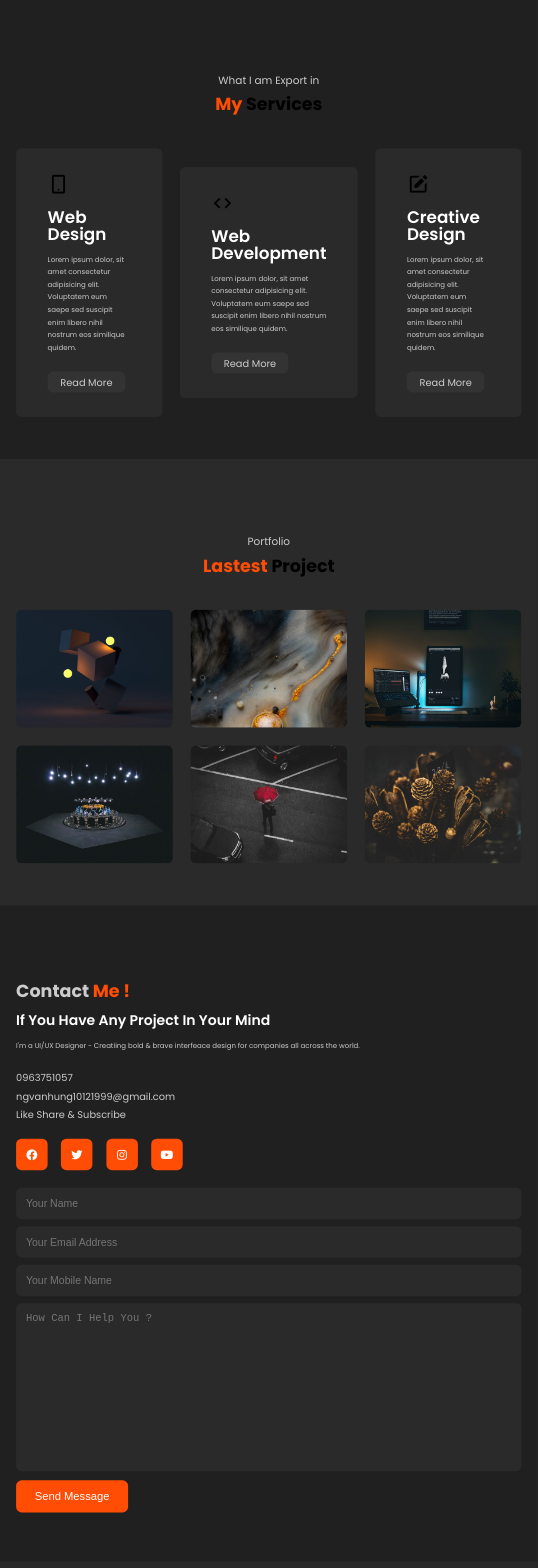
Repository: HungNg99/Protifolio2
Page: Portfolio/index.html
An editor plug-in stored every save of this project. The page is shown before and after the next save, followed by the edit.
The browser window is 768 px wide. The pictures show the part of the page from y = 2084 to 4324 px (the page is 4390 px tall before and 4812 px after), at 70% of full size.

Above is the page before, as saved 2022-12-12 16:49:47.

### Portfolio/index.html
<!DOCTYPE html>
<html lang="en">

<head>
    <meta charset="UTF-8">
    <meta http-equiv="X-UA-Compatible" content="IE=edge">
    <meta name="viewport" content="width=device-width, initial-scale=1.0">
    <title>Portfolio</title>
    <link rel="stylesheet" href="./reset.css">
    <link rel="stylesheet" href="./style.css">
    <link rel="stylesheet" href="https://cdnjs.cloudflare.com/ajax/libs/font-awesome/6.2.1/css/all.min.css"
        integrity="sha512-MV7K8+y+gLIBoVD59lQIYicR65iaqukzvf/nwasF0nqhPay5w/9lJmVM2hMDcnK1OnMGCdVK+iQrJ7lzPJQd1w=="
        crossorigin="anonymous" referrerpolicy="no-referrer" />

        <link rel="stylesheet"
        href="https://unpkg.com/boxicons@latest/css/boxicons.min.css">

    <link
        href="https://fonts.googleapis.com/css2?family=Montserrat:wght@800&family=Poppins:ital,wght@0,300;0,400;0,600;0,700;1,600&family=Roboto:wght@300;500&display=swap"
        rel="stylesheet">
</head>

<body>
    <!-- header design-->
    <header>
        <a href="#" class="logo">Cod<span>e</span>r.</a>
        <ul class="nav-list">
            <li><a href="#home" class="nav-link active">
                    Home
                </a></li>
            <li><a href="#about" class="nav-link">
                    About Me
                </a></li>
            <li><a href="#services" class="nav-link">
                    Services
                </a></li>
            <li><a href="#portfolio" class="nav-link">
                    Portfolio
                </a></li>
            <li><a href="#contact" class="nav-link">
                    Contact Me
                </a></li>
        </ul>

        <div class="bx bx-menu" id="menu-icon">
        </div>
    </header>

    <!-- home section design -->
    <section class="home" id="home">
       <div class="home-text">
        <div class="slide">
            <span class="one">Hello</span>
            <span class="two">I'm</span>
        </div>
        <h1>Hung</h1>
        <h3>UI/UX <span>Designer.</span> </h3>
        <p>Lorem ipsum dolor sit amet consectetur adipisicing elit. Quidem fuga tempora reprehenderit ad distinctio commodi ullam suscipit delectus similique nemo.</p>
        <div class="button">
            <a href="#" class="btn">Say Hello</a>
            <a href="#" class="btn2"><span><i class='bx bx-play'></i>Watch My Work</span></a>
        </div>
       </div>
    </section>

    <!-- about section design -->
    <section class="about" id="about">
        <div class="about-img">
            <img src="./img/about.jpg" alt="">
        </div>
        <div class="about-text">
            <h2>About <span>Me</span></h2>
            <h4>Creative UI/UX <span>Designer!</span></h4>
            <p>Lorem ipsum dolor, sit amet consectetur adipisicing elit. Natus amet, animi voluptatem ex perferendis sed eos totam quos, quas molestiae veritatis, at eius iste aut deleniti iure pariatur aspernatur temporibus.</p>
            <a href="#" class="btn">More About</a>
        </div>
    </section>

    <!-- about section design -->
    <section class="services" id="services">
        <div class="main-text">
            <p>What I am Export in</p>
            <h2><span>My</span> Services</h2>
        </div>

        <div class="services-content">
            <div class="box">
                <div class="s-icons">
                    <i class='bx bx-mobile-alt'></i>
                </div>
                <h3>Web Design</h3>
                <p>Lorem ipsum dolor, sit amet consectetur adipisicing elit. Voluptatem eum saepe sed suscipit enim libero nihil nostrum eos similique quidem.</p>
                <a href="#" class="read">Read More</a>
            </div>
            <div class="box">
                <div class="s-icons">
                    <i class='bx bx-code'></i>
                </div>
                <h3>Web Development</h3>
                <p>Lorem ipsum dolor, sit amet consectetur adipisicing elit. Voluptatem eum saepe sed suscipit enim libero nihil nostrum eos similique quidem.</p>
                <a href="#" class="read">Read More</a>
            </div>
            <div class="box">
                <div class="s-icons">
                    <i class='bx bxs-edit'></i>
                </div>
                <h3>Creative Design</h3>
                <p>Lorem ipsum dolor, sit amet consectetur adipisicing elit. Voluptatem eum saepe sed suscipit enim libero nihil nostrum eos similique quidem.</p>
                <a href="#" class="read">Read More</a>
            </div>
        </div>
    </section>

    <!-- portfolio section design -->
    <section class="portfolio" id="portfolio">
        <div class="main-text">
            <p>Portfolio</p>
            <h2><span>Lastest</span> Project</h2>
        </div>
        <div class="portfolio-content">
            <div class="row">
                <img src="./img/portfolio1.jpg" alt="">
                <div class="layer">
                    <h5>Visual Design</h5>
                    <p>Lorem ipsum, dolor sit amet consectetur adipisicing elit. Dolore mollitia fugit impedit iure. Tempore, adipisci!</p>
                    <a href="#"><i class='bx bx-link'></i></a>
                </div>
            </div>
            <div class="row">
                <img src="./img/portfolio2.jpg" alt="">
                <div class="layer">
                    <h5>Visual Design</h5>
                    <p>Lorem ipsum, dolor sit amet consectetur adipisicing elit. Dolore mollitia fugit impedit iure. Tempore, adipisci!</p>
                    <a href="#"><i class='bx bx-link'></i></a>
                </div>
            </div>
            <div class="row">
                <img src="./img/portfolio3.jpg" alt="">
                <div class="layer">
                    <h5>Visual Design</h5>
                    <p>Lorem ipsum, dolor sit amet consectetur adipisicing elit. Dolore mollitia fugit impedit iure. Tempore, adipisci!</p>
                    <a href="#"><i class='bx bx-link'></i></a>
                </div>
            </div>
            <div class="row">
                <img src="./img/portfolio4.jpg" alt="">
                <div class="layer">
                    <h5>Visual Design</h5>
                    <p>Lorem ipsum, dolor sit amet consectetur adipisicing elit. Dolore mollitia fugit impedit iure. Tempore, adipisci!</p>
                    <a href="#"><i class='bx bx-link'></i></a>
                </div>
            </div>
            <div class="row">
                <img src="./img/portfolio5.jpg" alt="">
                <div class="layer">
                    <h5>Visual Design</h5>
                    <p>Lorem ipsum, dolor sit amet consectetur adipisicing elit. Dolore mollitia fugit impedit iure. Tempore, adipisci!</p>
                    <a href="#"><i class='bx bx-link'></i></a>
                </div>
            </div>
            <div class="row">
                <img src="./img/portfolio6.jpg" alt="">
                <div class="layer">
                    <h5>Visual Design</h5>
                    <p>Lorem ipsum, dolor sit amet consectetur adipisicing elit. Dolore mollitia fugit impedit iure. Tempore, adipisci!</p>
                    <a href="#"><i class='bx bx-link'></i></a>
                </div>
            </div>
        </div>
    </section>

    <!-- contact section design -->
    <section class="contact" id="contact">
        <div class="contact-text">
            <h2>Contact <span>Me !</span> </h2>
            <h4>If You Have Any Project In Your Mind</h4>
            <p>I'm a UI/UX Designer - Creatiing bold & brave interfeace design for companies all across the world.</p>
            <div class="list">
                <li><a href="#">0963751057</a></li>
                <li><a href="#">ngvanhung10121999@gmail.com</a></li>
                <li><a href="#">Like Share & Subscribe</a></li>
            </div>

            <div class="contact-icons">
                <a href="#"><i class="fa-brands fa-facebook"></i></a>
                <a href="#"><i class="fa-brands fa-twitter"></i></a>
                <a href="#"><i class="fa-brands fa-instagram"></i></a>
                <a href="#"><i class="fa-brands fa-youtube"></i></a>
            </div>
        </div>

            <div class="contact-form">
                <form action="">
                    <input type="name" placeholder="Your Name" required>
                    <input type="email" placeholder="Your Email Address" required>
                    <input type="" placeholder="Your Mobile Name" required>
                    <textarea name="" id="" cols="35" rows="10" placeholder="How Can I Help You ?" required></textarea>
                    <input type="submit" class="submit" value="Send Message" required>
                </form>
            </div>
    </section>

    <!-- end section design -->
    <section class="end">
        <div class="last-text">
            <p>Coppyright @ 2022 by Hung Nguyen All Rights Reserved.</p>
        </div>

        <div class="top">
            <a href="#home"><i class="fa-solid fa-arrow-up"></i></a>
        </div>
    </section>
    <script src="./scripts.js"></script>
</body>

</html>

### Portfolio/reset.css
html {
    box-sizing: border-box;
  }
  * {
    margin: 0;
    padding: 0;
  }
  *,
  *:before,
  *:after {
    box-sizing: border-box;
  }
  input,
  textarea,
  select,
  button {
    outline: none;
  }
  input {
    line-height: normal;
  }
  label,
  button {
    cursor: pointer;
  }
  a {
    text-decoration: none;
  }
  img {
    display: block;
    max-width: 100%;
  }
  *,
  *:before,
  *:after {
    box-sizing: border-box;
  }
  /* using rem unit */
  html {
    font-size: 62.5%;
  }
  a {
    text-decoration: none;
  }
  img {
    display: block;
    max-width: 100%;
  }
  body {
    font-family: "Poppins", sans-serif;
    font-size: 16px;
    line-height: 1;
    list-style: none;
    scroll-behavior: smooth;
    /* height: 200vh; */
  }

### Portfolio/style.css
body{
    background-color: var(--bg-color);
}
:root {
    --bg-color: #2a2a2a;
    --second-bg-color: #202020;
    --text-color: #fff;
    --second-color: #ccc;
    --main-color: #ff4d05;
    --big-font: 5rem;
    --h2-font: 3rem;
    --p-font: 1.1rem;
}

header {
    position: fixed;
    width: 100%;
    top: 0;
    right: 0;
    z-index: 1000;
    background: transparent;
    padding: 22px 15%;
    border-bottom: 1px solid transparent;
    transition: all 0.45s ease;
    display: flex;
    justify-content: space-between;
    align-items: center;
}

.logo {
    color: var(--text-color);
    font-size: 35px;
    font-weight: 700;
    letter-spacing: 1px;
}

span {
    color: var(--main-color);
}

.nav-list {
    display: flex;
    list-style: none;
}

.nav-list .nav-link {
    color: var(--second-color);
    margin: 0 15px;
    font-size: 17px;
    font-weight: 500;
    transition: all 0.45s ease;
}

.nav-list .nav-link:hover {
    color: var(--main-color);
}

.nav-list .nav-link.active {
    color: var(--main-color);
}

#menu-icon {
    color: var(--text-color);
    font-size: 35px;
    z-index: 10001;
    cursor: pointer;
    margin-left: 25px;
    display: none;

}

section {
    padding: 120px 15% 120px;
}

.home {
    position: relative;
    background-image: url(./img/background.jpg);
    background-repeat: no-repeat;
    background-position: center;
    background-size: cover;
    height: 80vh;
    width: 100%;
    display: flex;
    align-items: center;
    justify-content: flex-start;
}

.slide {
    margin-bottom: 30px;
}

.one {
    display: inline-block;
    margin-right: 15px;
    height: 32px;
    padding: 0 15px;
    line-height: 32px;
    font-size: 20px;
    font-weight: 500;
    border-radius: 5px;
    background-color: var(--main-color);
    color: var(--text-color);
}

.two {
    display: inline-block;
    color: var(--second-color);
    font-size: 20px;
    font-weight: 500;
}
.home-text h1 {
    font-size: var(--big-font);
    font-weight: 700;
    color: var(--text-color);
    line-height:1.1;
    margin: 0 0 8px;
}
.home-text h3{
    color: var(--text-color);
    margin: 0 0 35px;
    font-size: 3rem;
    font-weight: 700;
    line-height:1.1;
}
.home-text p{
    color: var(--text-color);
    font-size: var(--p-font);
    line-height:1.8;
    margin-bottom: 40px;
}
.button{
    display:flex;
    align-items: center;
    justify-content: flex-start;
}
.btn{
    display: inline-block;
    padding: 12px 28px;
    background: var(--main-color);
    border-radius: 5px;
    color: var(--text-color);
    font-size:1rem;
    letter-spacing: 1px;
    font-weight: 600;
    transition: all 0.45s ease;
}
.btn:hover{
    transform: scale(1.1);
}
.btn2{
    display: inline-flex;
    align-items: center;
    justify-content: center;
    font-size: 15px;
    font-weight:600;
    color: var(--text-color);
    margin-left: 35px;
}
.btn2 span{
    display: inline-flex;
    align-items: center;
    justify-content: center;
}
.btn2 span i{
    margin-right: 12px;
    height: 50px;
    width: 50px;
    border-radius: 50%;
    display: flex;
    align-items: center;
    justify-content: center;
    transition: all 0.45s ease;
    background-color: var(--main-color);
    color: var(--text-color);
}
.btn2 span i:hover{
    transform: scale(1.1);
}
header.sticky{
    background-color: var(--bg-color);
    border-bottom: 1px solid #ffffff1a;
    padding: 12px 15%;
}

.about{
    display: grid;
    grid-template-columns: repeat(2,1fr);
    align-items: center;
    gap: 8rem;
}


.about-img img{
  max-width: 530px;
  height: auto;
  width: 100%;
  border-radius: 8px;
}
.about-text span {
    color: var(--main-color);
}
.about-text h2{
  font-size: var(--h2-font);
  line-height:1;
  color: var(--text-color);
}
.about-text h4{
   font-size: 24px;
   font-weight:600;
   color: var(--text-color);
   line-height:1;
   margin: 15px 0px 30px;
}
.about-text p {
   color: var(--second-color);
   font-size: var(--p-font);
   line-height:1.8;
   margin-bottom: 4rem;
}
.services{

    background-color: var(--second-bg-color);
}
.main-text{
    text-align: center;
}
.main-text p{
    color: var(--second-color);
    font-size: 15px;
    margin-bottom: 15px;
}
.main-text h2{
    font-size:var(--h2-font);
    line-height:1;
}
.services-content{
    display: grid;
    grid-template-columns: repeat(3,1fr);
    align-items: center;
    gap: 2.5rem;
    margin-top: 5rem;
}
.box{
    background-color: var(--bg-color);
    border-radius:8px;
    padding: 35px 45px;
    transition: all 0.45s ease;
}
.s-icons i{
    font-size:32px;
    margin-bottom: 20px;
}
.box h3{
    font-size:24px;
    font-weight:600;
    color: var(--text-color);
    margin-bottom: 15px;
}
.box p{
    font-size:1rem;
    line-height:1.8;
    color: var(--second-color);
    margin-bottom: 25px;
}
.read{
    display: inline-block;
    padding: 8px 18px;
    background: #333333;
    color: var(--second-color);
    font-size:14px;
    font-weight:500;
    border-radius:8px;
    transition: all 0.45s ease;
}
.read:hover{
    letter-spacing: 1px;
    background-color: #ffffff99;
    color: var(--text-color);
}
.box:hover{
    transform: translateY(-8px);
    cursor: pointer;
}
.portfolio-content{
    display: grid;
    grid-template-columns: repeat(3,1fr);
    gap: 2.5rem;
    margin-top: 5rem;
    align-items: center;
}
.row{
    position: relative;
    overflow: hidden;
    border-radius: 8px;
    cursor: pointer;
}
.row img{
    width: 100%;
    border-radius: 8px;
    display: block;
    transition: transform 0.45s;
}
.layer{
    width: 100%;
    /* heigh = 0 khi chưa hover */
    height: 0;
    background: linear-gradient(rgba(0,0,0,0.1),#ff004f);
    position: absolute;
    border-radius: 8px;
    left: 0;
    bottom: 0;
    overflow: hidden;
    display: flex;
    flex-direction: column;
    align-items: center;
    justify-content:center;
    text-align: center;
    padding: 0px 40px;
    transition: height 0.45s;
}
.layer h5{
    font-size: 20px;
    font-weight:600;
    margin-bottom: 15px;
    color: var(--text-color);
}
.layer p{
    color: var(--second-color);
    font-size:1rem;
    line-height:1.8;
}
.layer i{
    color: var(--main-color);
    margin-top: 20px;
    background-color: var(--text-color);
    display:flex;
    justify-content: center;
    align-items: center;
    width: 60px;
    height: 60px;
    border-radius: 50%;
}
.row:hover img{
    transform: scale(1.1);
}
.row:hover .layer{
    height: 100%;
}
.contact{
    display: grid;
    grid-template-columns: repeat(2,1fr);
    align-items: center;
    gap:2.5rem;
    background-color: var(--second-bg-color);
}
.contact-text h4{
    color: var(--text-color);
    margin: 18px 0;
    font-size: 20px;
    font-weight: 600;
}
.contact-text h2{
    font-size: var(--h2-font);
    line-height:1;
    color: var(--second-color);
}
.contact-text p{
    color: var(--second-color);
    font-size: var(--p-font);
    line-height:1.8;
    margin-bottom: 30px;
}
.list{
    margin-bottom: 2.8rem;
}
.list li{
    margin-bottom: 12px;
}
.list li a{
    display: block;
    color: var(--second-color);
    font-size: 14px;
    transition: all 0.45s ease;
}
.list li a:hover{
    color: var(--text-color);
    transform: translateX(5px);
}
.contact-icons i{
    height: 45px;
    width: 45px;
    background-color: var(--main-color);
    color: var(--text-color);
    display: inline-flex;
    justify-content: center;
    align-items: center;
    border-radius: 8px;
    margin-right: 15px;
    transition: all 0.45s ease;
}
.contact-icons i:hover{
    background-color: var(--text-color);
    color: var(--main-color);
}
.contact-form form{
   position: relative;
}
.contact-form form input,
form textarea{
    width: 100%;
    padding: 14px;
    background: var(--bg-color);
    color: var(--text-color);
    border: none;
    outline: none;
    font-size: 15px;
    border-radius: 8px;
    margin-bottom: 10px;
}
.contact-form form textarea{
    resize: none;
    height: 240px;
}
.contact-form .submit{
    display: inline-block;
    font-size: 16px;
    width: 160px;
    color: var(--text-color);
    background-color: var(--main-color);
    transition: all 0.45s ease;
}
.contact-form .submit:hover{
    transform: scale(1.1);
    cursor: pointer;
}
.end{
    padding: 20px 15%;
    display: flex;
    align-items: center;
    justify-content:space-between;
    flex-wrap: wrap;
    gap: 2rem;
    background-color:var(--bg-color);
}
.last-text p{
    color: var(--second-color);
    font-size: 14px;
}
.top i{
    padding: 10px 14px;
    border-radius:8px;
    background-color: var(--main-color);
    color: var(--text-color);
    font-size:15px;
}

@media (max-width: 1480px) {
    header {
        padding: 12px 2.5%;
    }
    header.sticky{
        padding: 10px 2.5%;
        transition: .1s;
    }
    section{
        padding: 110px 3% 60px;
    }
    .end{
        padding: 15px 3%x;
    }
}
@media (max-width:1100px ){
    :root {
        --big-font: 4rem;
        --h2-font: 2.5rem;
        --p-font: 1rem;
        transition: .1s;
    }
    .home-text h3{
        font-size: 2.5rem;
    }
    .home{
        height: 87vh;
    }
}
@media (max-width:920px ){
    .about{
        grid-template-columns: 1fr;
    }
    /* order:2 để hiện sau text */
    .about-img{
        text-align: center;
        order: 2;
    }
    .about-img img{
        width: 100%;
        height: auto;
        max-width:100%
    }
    .services,
    .contact{
     grid-template-columns: 1fr;
    }
}

Loaded but not shown: Portfolio/scripts.js (no copy from this time; the picture is the same without it)

After the next save:
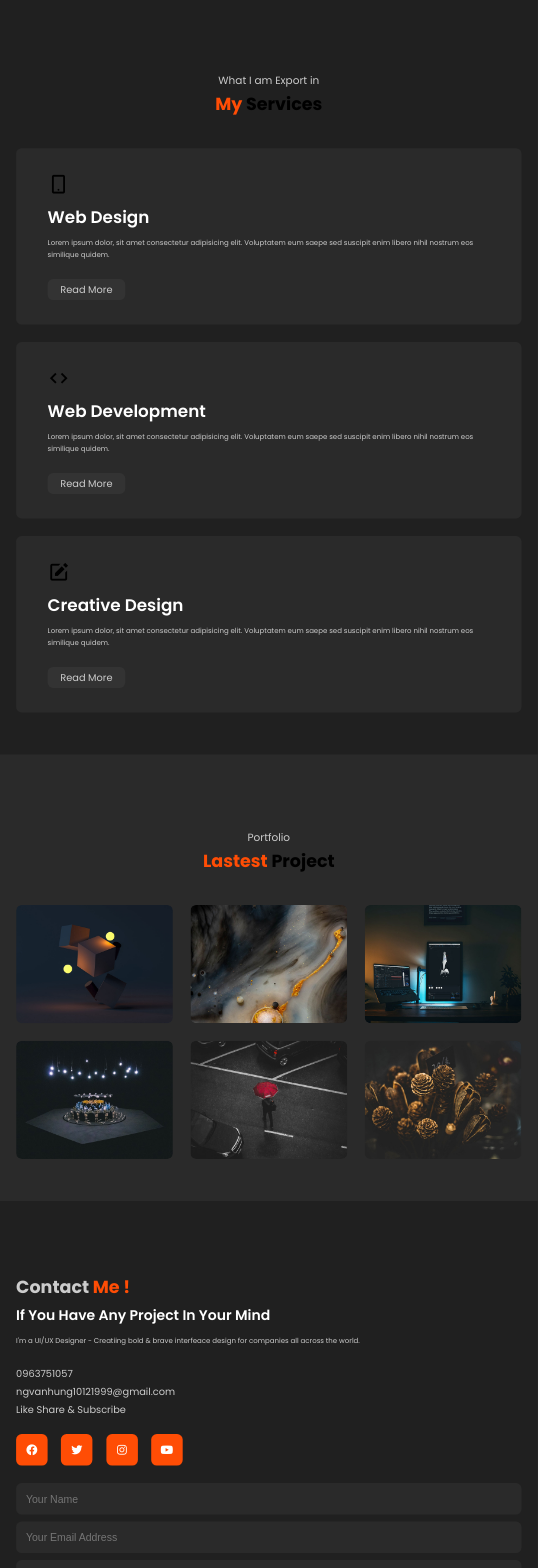
Saved 39 s later.
--- a/Portfolio/style.css
+++ b/Portfolio/style.css
@@ -498,7 +498,7 @@ form textarea{
         height: auto;
         max-width:100%
     }
-    .services,
+    .services-content,
     .contact{
      grid-template-columns: 1fr;
     }
